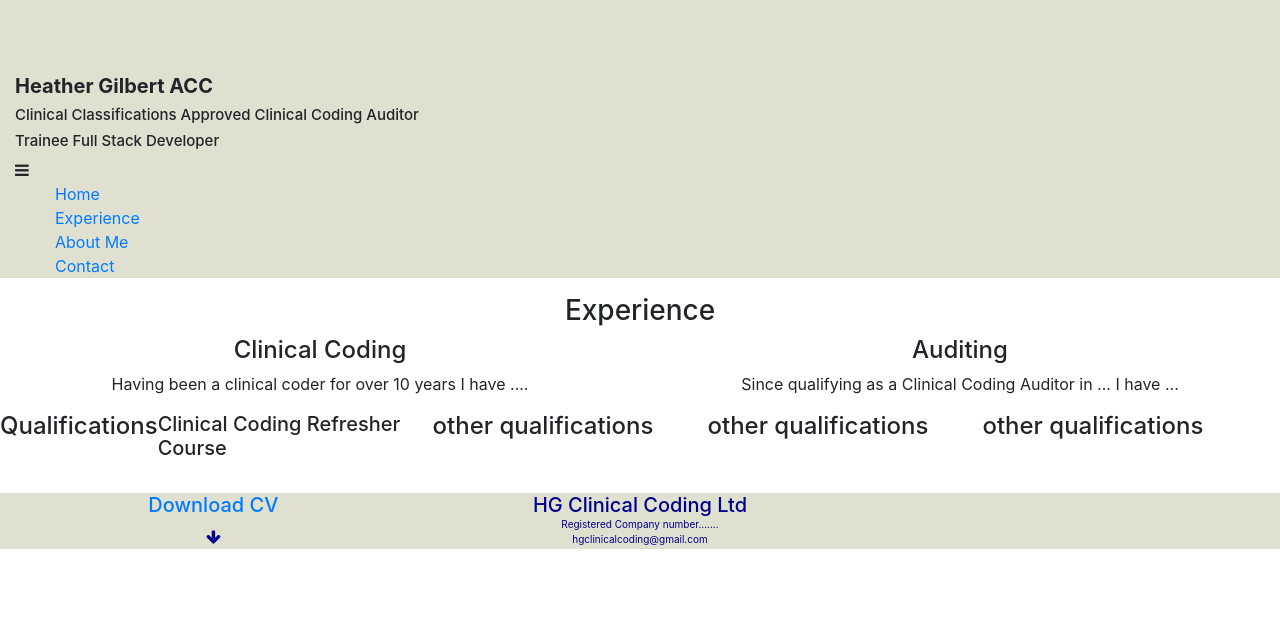
Repository: Code-Institute-Submissions/fsd-ms-project1-resume
Page: resume.html
The author's editor kept a record of every edit. The page is drawn from the files as they stood at one moment, then again after the next edit.
The browser window is 1280 px wide. The pictures show the whole page.

Above is the page before.

After the next edit:
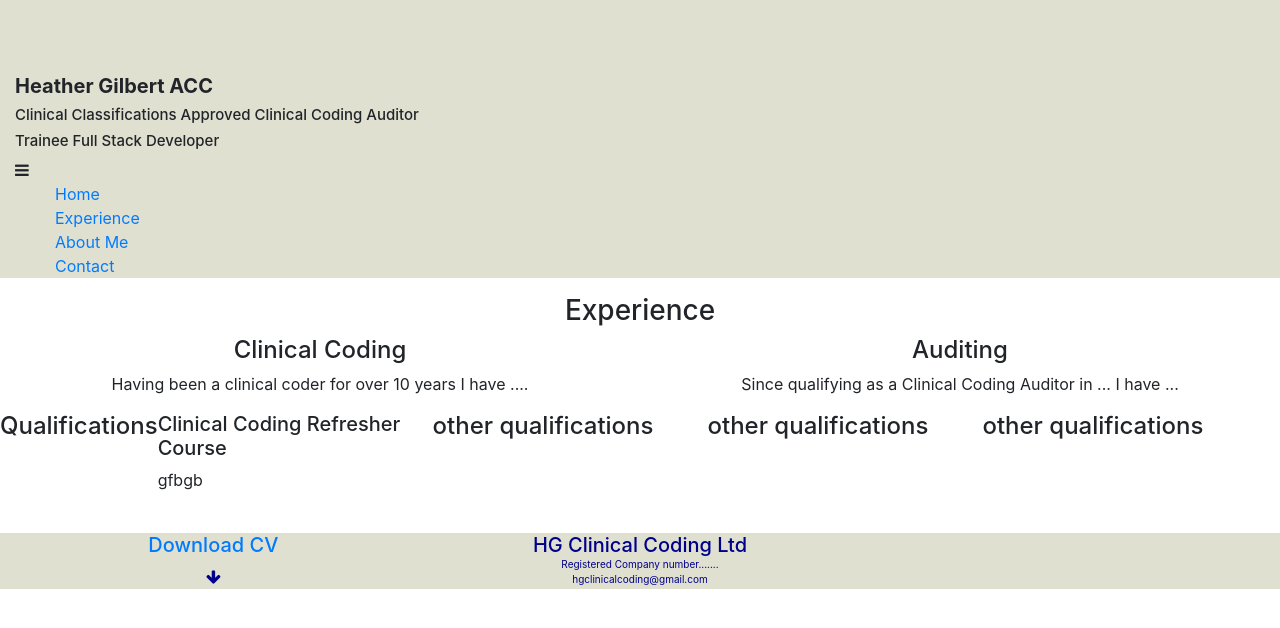
The edit:
--- a/resume.html
+++ b/resume.html
@@ -60,18 +60,19 @@
         <div class="row qualifications">
             <h4>Qualifications</h4>
             <div class="row">
-            <div class="timeline col-sm-3" data-dates="2019">
-                <h5>Clinical Coding Refresher Course</h5>
-            </div>
-            <div class="timeline col-sm-3" data-dates="2018">
-                <h4> other qualifications</h4>
-            </div>
-            <div class="timeline col-sm-3" data-dates="2017">
-                <h4>other qualifications</h4>
-            </div>
-            <div class="timeline col-sm-3" data-dates="2016">
-                <h4>other qualifications</h4>
-            </div>
+                <div class="timeline col-sm-3" data-dates="2019">
+                    <h5>Clinical Coding Refresher Course</h5>
+                    <p>gfbgb</p>
+                </div>
+                <div class="timeline col-sm-3" data-dates="2018">
+                    <h4> other qualifications</h4>
+                </div>
+                <div class="timeline col-sm-3" data-dates="2017">
+                    <h4>other qualifications</h4>
+                </div>
+                <div class="timeline col-sm-3" data-dates="2016">
+                    <h4>other qualifications</h4>
+                </div>
             </div>
         </div>
         </div>
